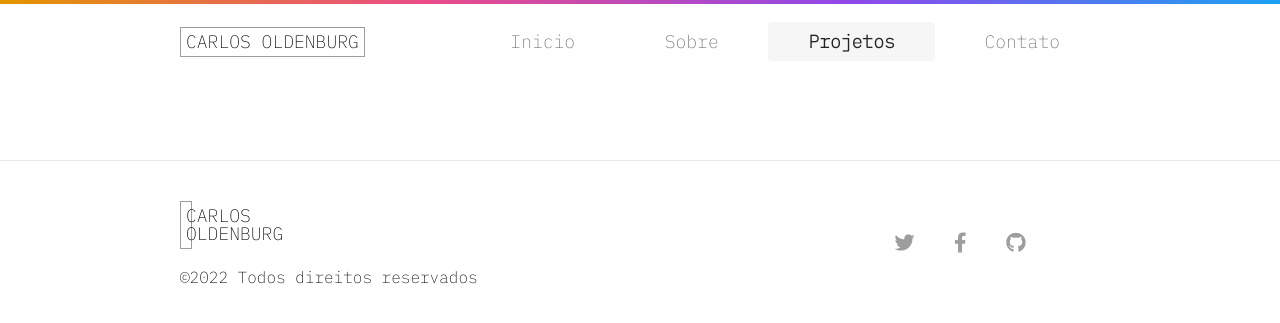
Repository: Carolden/PortfolioCrie
Page: projetos.html
These files come from the project's save history. The page is drawn as it stood at one moment and after the next save; the edit follows.
The browser window is 1280 px wide. The pictures show the whole page.

Above is the page before, as saved 2023-05-25 08:22:43.

After the next save:
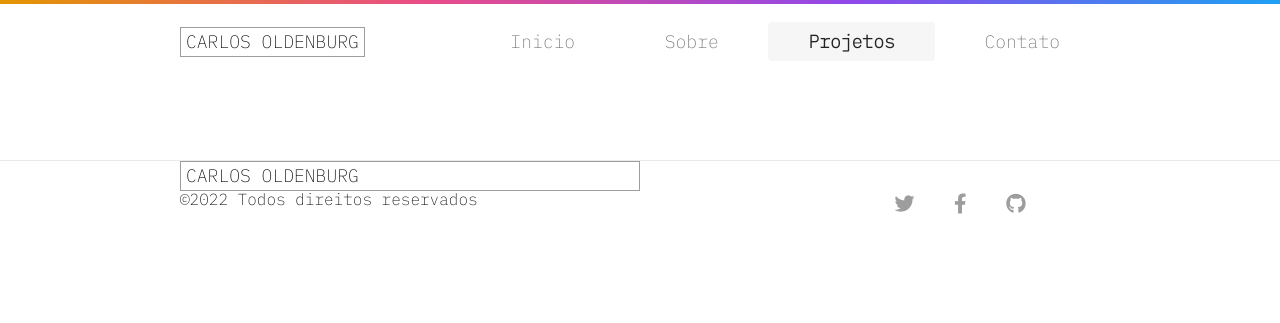
Saved 33 s later.
--- a/styles/layout/footer.css
+++ b/styles/layout/footer.css
@@ -8,7 +8,7 @@
 }
 
 .name--footer {
-    margin: 40px 550px 20px 180px;
+    /* margin: 40px 550px 20px 180px; */
 }
 
 footer p {

After the save that followed:
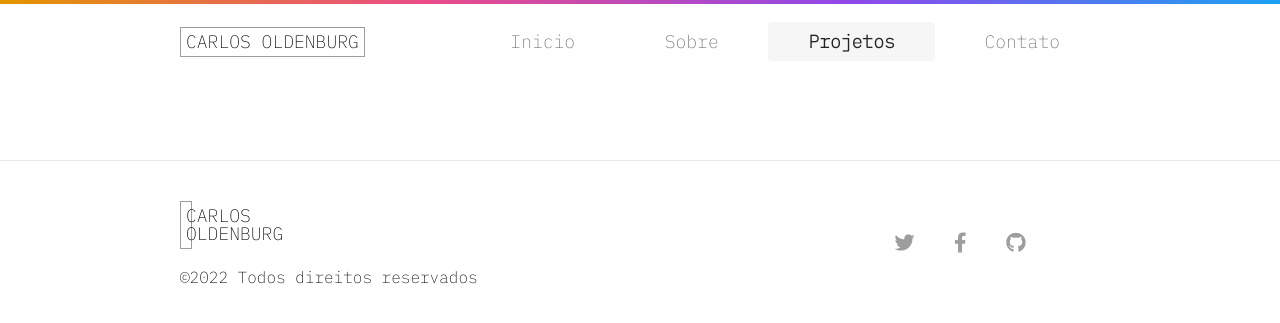
Saved 8 s later.
--- a/styles/layout/footer.css
+++ b/styles/layout/footer.css
@@ -8,7 +8,7 @@
 }
 
 .name--footer {
-    /* margin: 40px 550px 20px 180px; */
+    margin: 40px 550px 20px 180px;
 }
 
 footer p {
